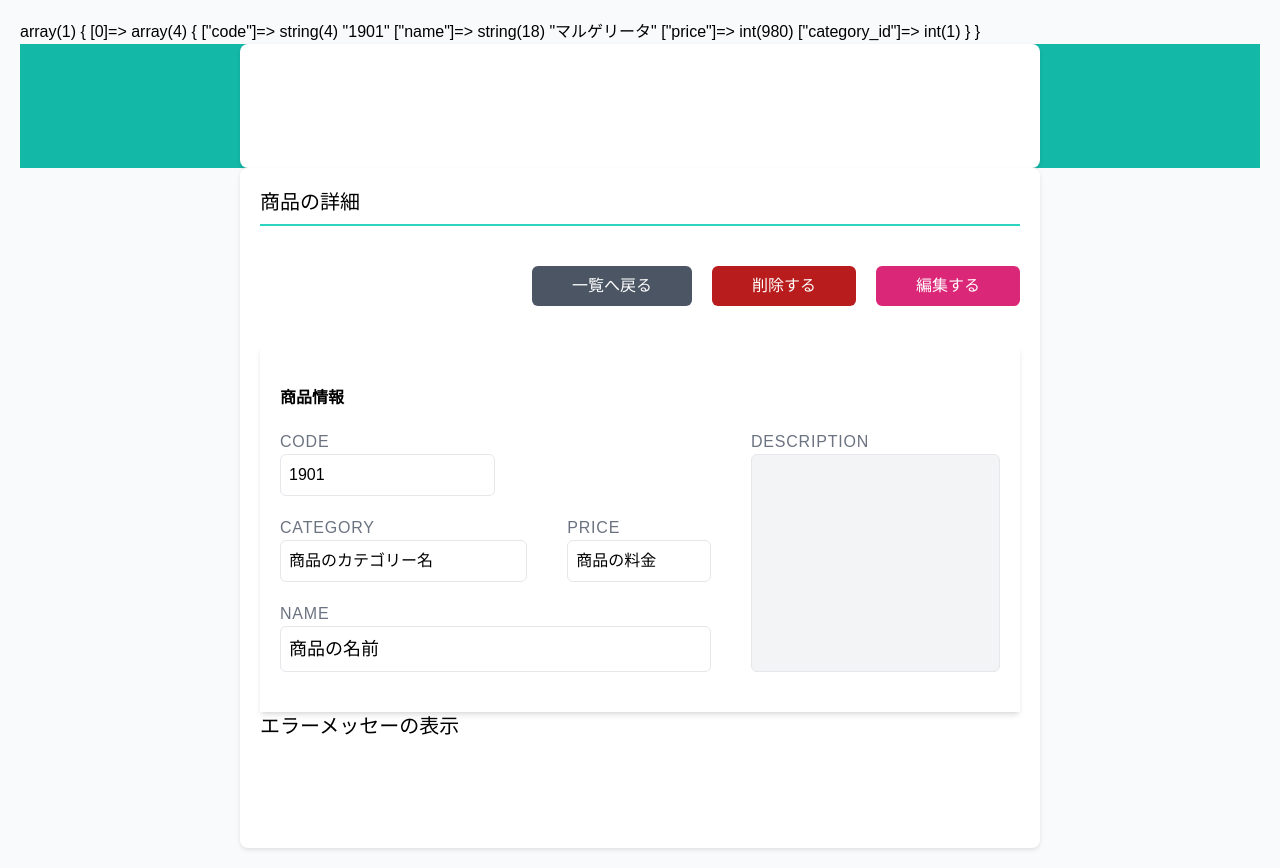
Repository: ShunKUN1182/STD_PHP
Page: http://localhost/kadai07_1.php?product_code=1901
An editor plug-in stored every save of this project. The page is shown before and after a run of saves, followed by the edit.
The browser window is 1280 px wide. The pictures show the whole page.
Some web libraries are served in a nearby version. The page is run by PHP 8.4 with error messages shown; the project is at /var/www/html/. The database holds what the project's SQL file puts in it.

Above is the page before, as saved 2026-07-10 13:54:09.

After the next 2 saves:
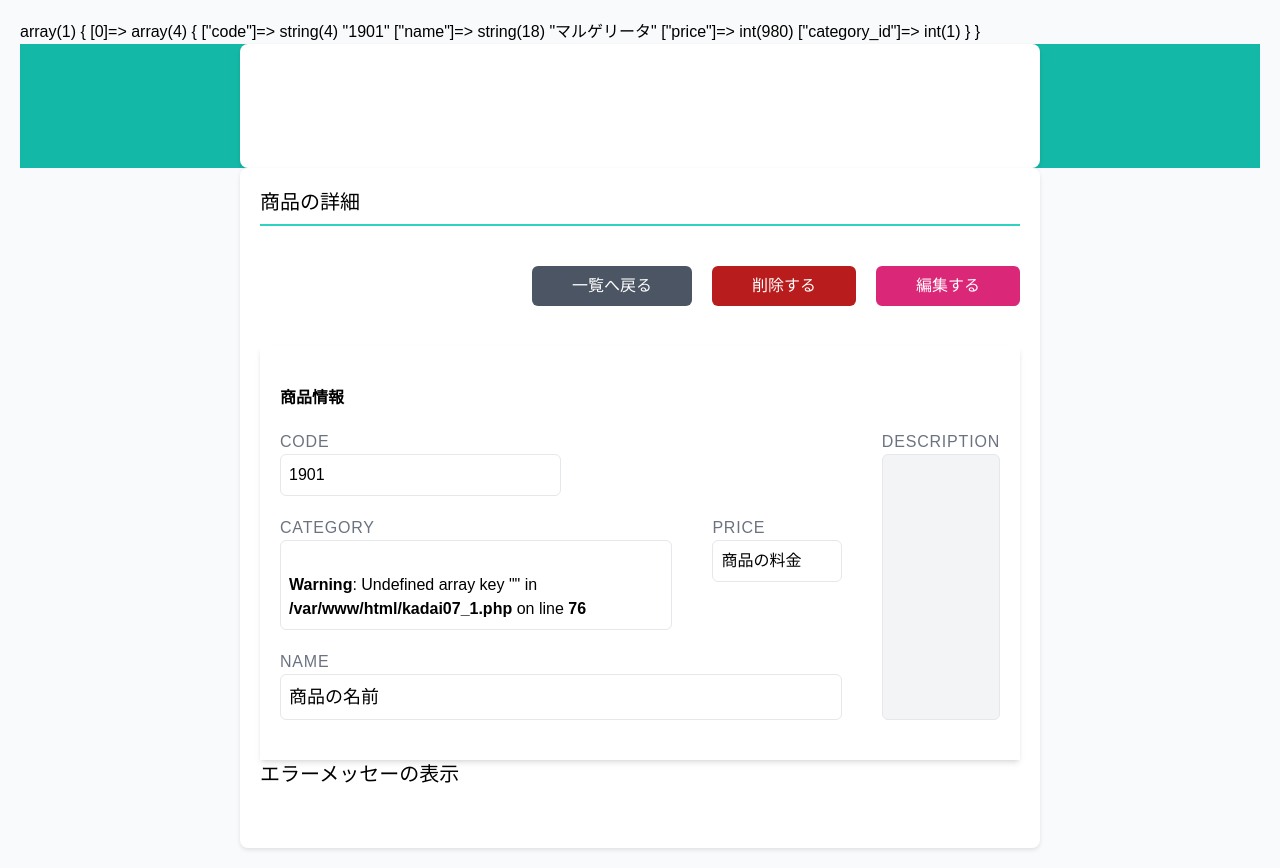
The 2 saves are shown as one change because they came seconds apart.
The last was saved 12 s later.
--- a/kadai07_1.php
+++ b/kadai07_1.php
@@ -73,7 +73,7 @@
           <div class="flex justify-between mb-5">
             <div class="flex-grow mr-10">
               <p class="text-gray-500 text-left uppercase tracking-wider">category</p>
-              <p class="bg-white px-2 py-2 border  rounded-md">商品のカテゴリー名</p>
+              <p class="bg-white px-2 py-2 border  rounded-md"><?= $productResult[0][""] ?></p>
             </div>
             <div class="w-4/12">
               <p class="text-gray-500 text-left uppercase tracking-wider">price</p>

After the 2 saves that followed:
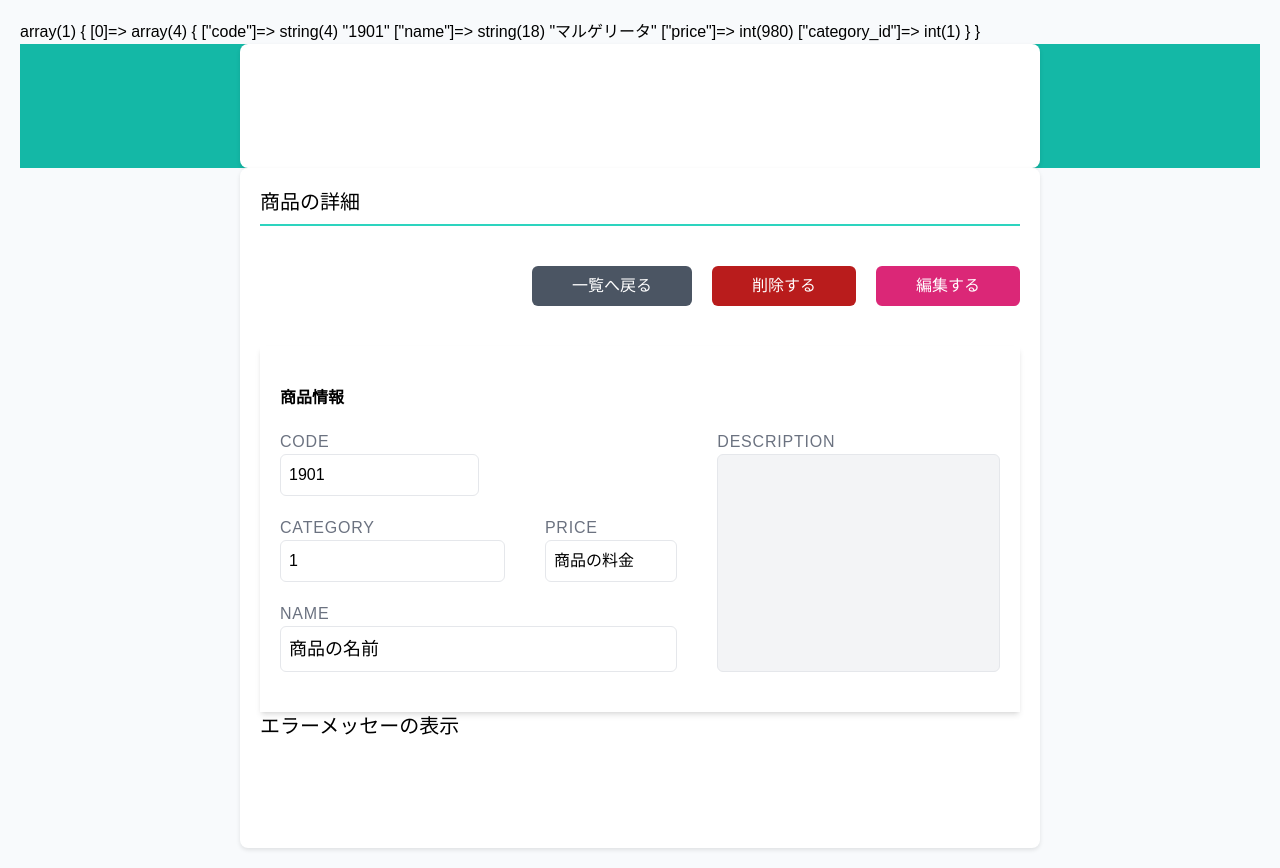
The 2 saves are shown as one change because they came seconds apart.
The last was saved 11 s later.
--- a/kadai07_1.php
+++ b/kadai07_1.php
@@ -73,7 +73,7 @@
           <div class="flex justify-between mb-5">
             <div class="flex-grow mr-10">
               <p class="text-gray-500 text-left uppercase tracking-wider">category</p>
-              <p class="bg-white px-2 py-2 border  rounded-md"><?= $productResult[0][""] ?></p>
+              <p class="bg-white px-2 py-2 border  rounded-md"><?= $productResult[0]["category_id"] ?></p>
             </div>
             <div class="w-4/12">
               <p class="text-gray-500 text-left uppercase tracking-wider">price</p>
